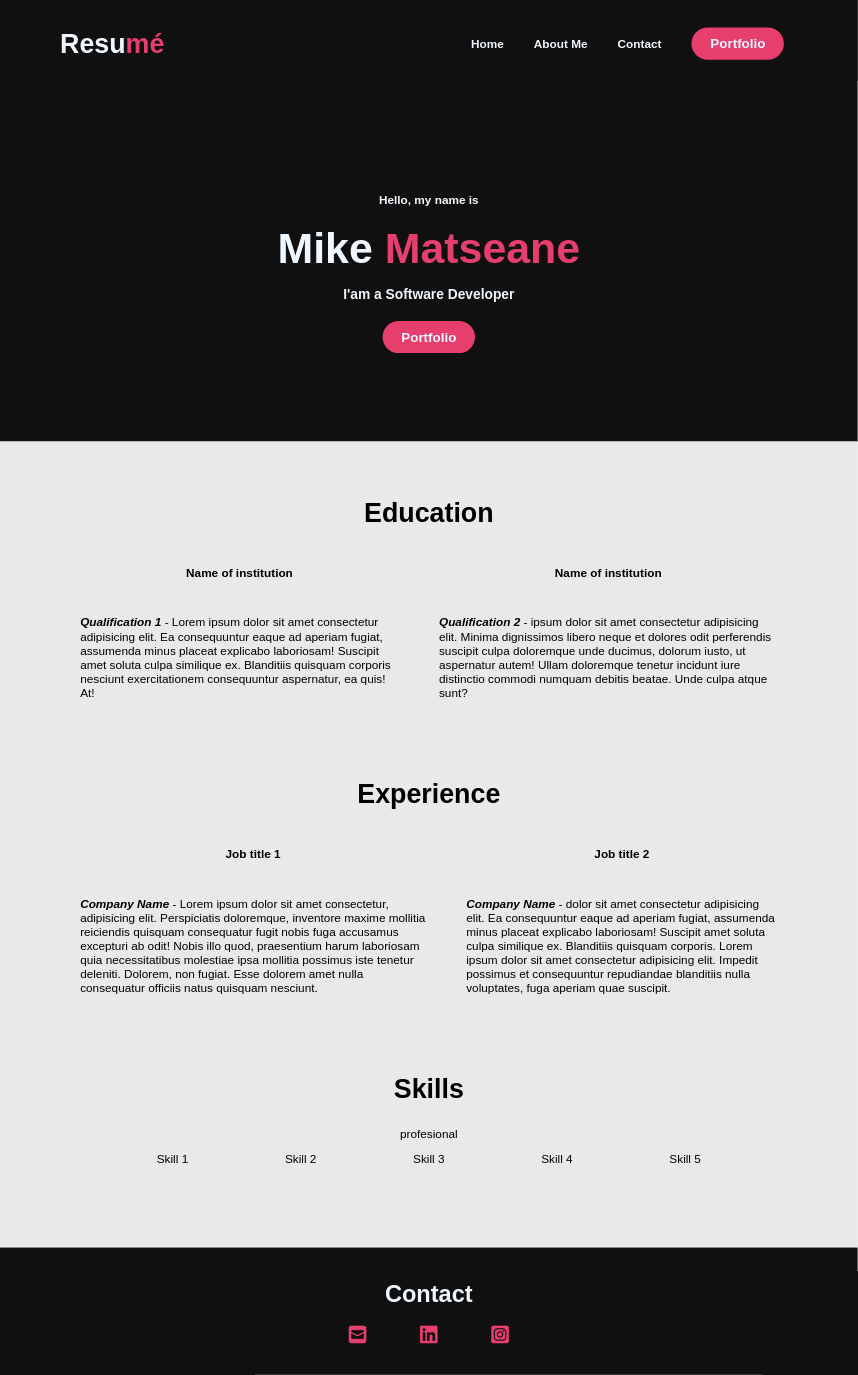
Repository: mikempho/Resume1
Page: resume1.html
The author's editor kept a copy of each file at every save. The page is drawn from the files as they stood at one save, then again after the next save.
The browser window is 1280 px wide. The pictures show the whole page, at 67% of full size.

Above is the page before, as saved 2022-03-29 15:55:42.

After the next save:
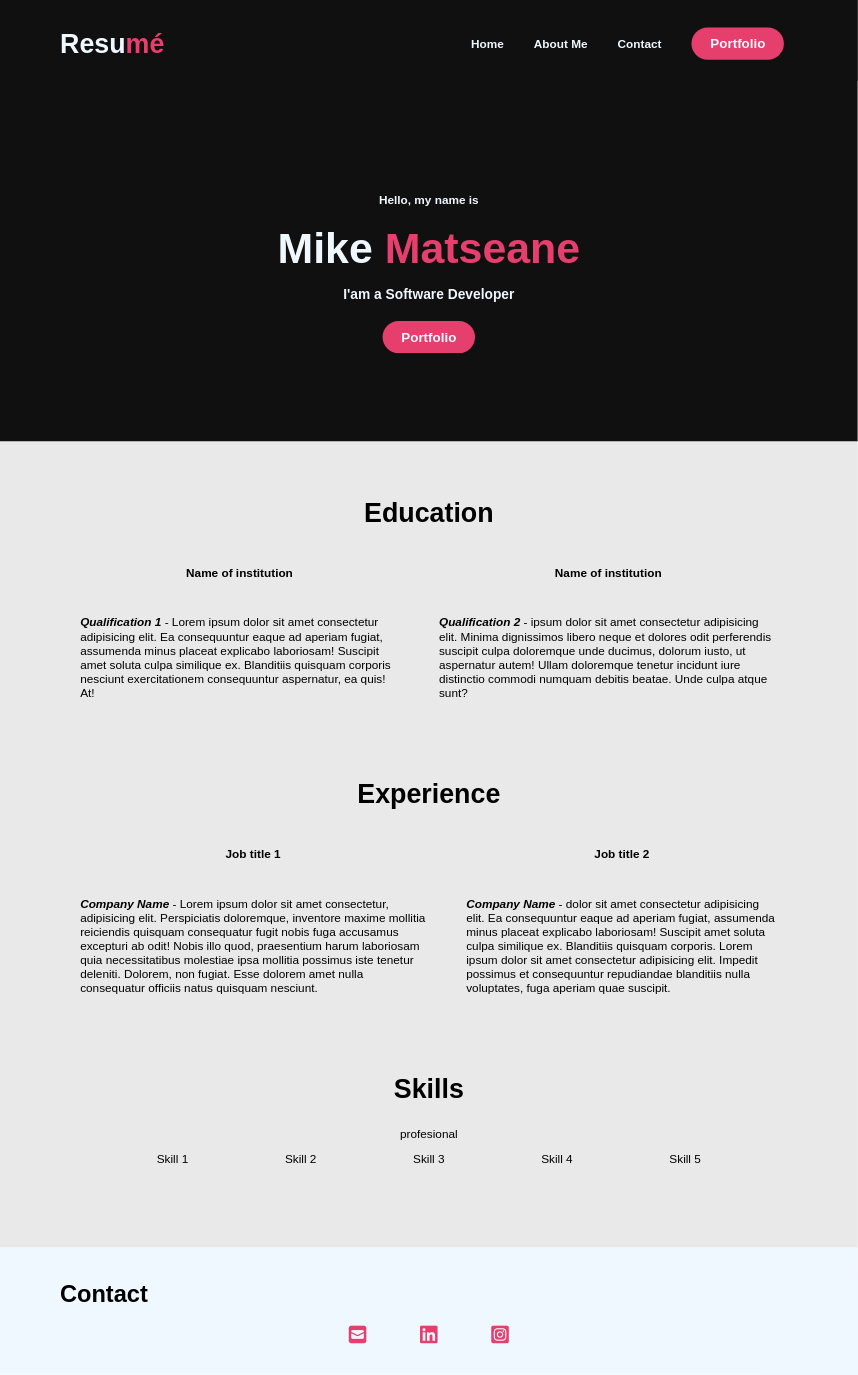
Saved 18 h 29 min later.
--- a/css/stylesheet.css
+++ b/css/stylesheet.css
@@ -126,8 +126,8 @@ padding: 0%;
 /* Footer */
 
 footer {
-  background-color: #101010;
-  color: aliceblue;
+  background-color: aliceblue;
+  color: ;#101010
   text-align: center;
 }
 
